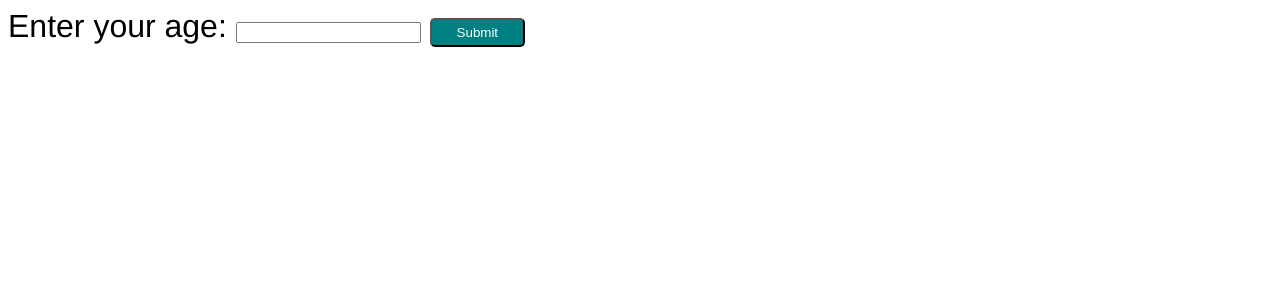
Repository: Apekshit-Yadav/myDotfiles
Page: Documents/GitHub/coding-projects/brojs/agepass/index.html
These files come from the project's save history. The page is drawn as it stood at one moment and after the next save; the edit follows.
The browser window is 1280 px wide. The pictures show the whole page.

Above is the page before, as saved 2025-03-13 05:51:54.

### Documents/GitHub/coding-projects/brojs/agepass/index.html
<!DOCTYPE html>
<html lang="en">
<head>
    <meta charset="UTF-8">
    <meta name="viewport" content="width=device-width, initial-scale=1.0">
    <title>age check</title>
    <link rel="stylesheet" href="./style.css">
</head>
<body>
    <label>Enter your age:</label>
    <input type="text" id="myage">
    <button type="submit" id="submit">Submit</button>
    <p id="result"></p>

    <script src="./script.js"></script>
</body>
</html>

### Documents/GitHub/coding-projects/brojs/agepass/style.css
body{
    font-size: 2em;
    font-family: Helvetica, sans-serif;
}
button{
    padding: 5px 25px;
    border-radius: 5px;
    background-color: teal;
    color: white;
}
button:hover{
    background-color: blue;
}

Loaded but not shown: Documents/GitHub/coding-projects/brojs/agepass/script.js (no copy from this time; the picture is the same without it)

After the next save:
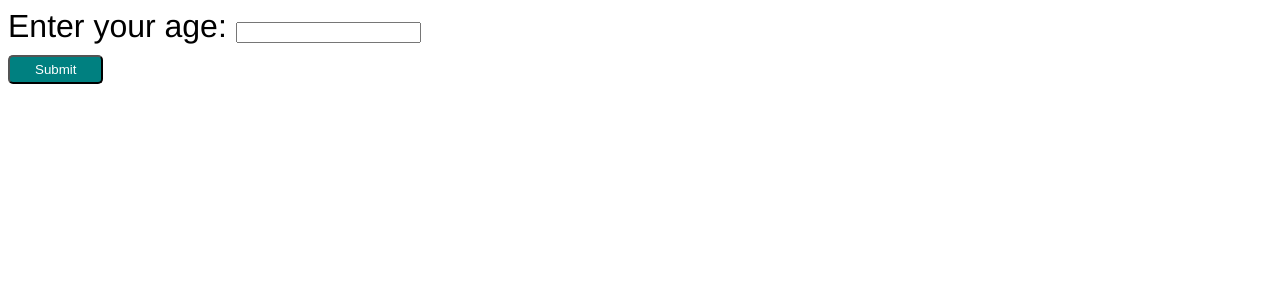
Saved 15 s later.
--- a/Documents/GitHub/coding-projects/brojs/agepass/index.html
+++ b/Documents/GitHub/coding-projects/brojs/agepass/index.html
@@ -8,7 +8,7 @@
 </head>
 <body>
     <label>Enter your age:</label>
-    <input type="text" id="myage">
+    <input type="text" id="myage"> <br>
     <button type="submit" id="submit">Submit</button>
     <p id="result"></p>
 
